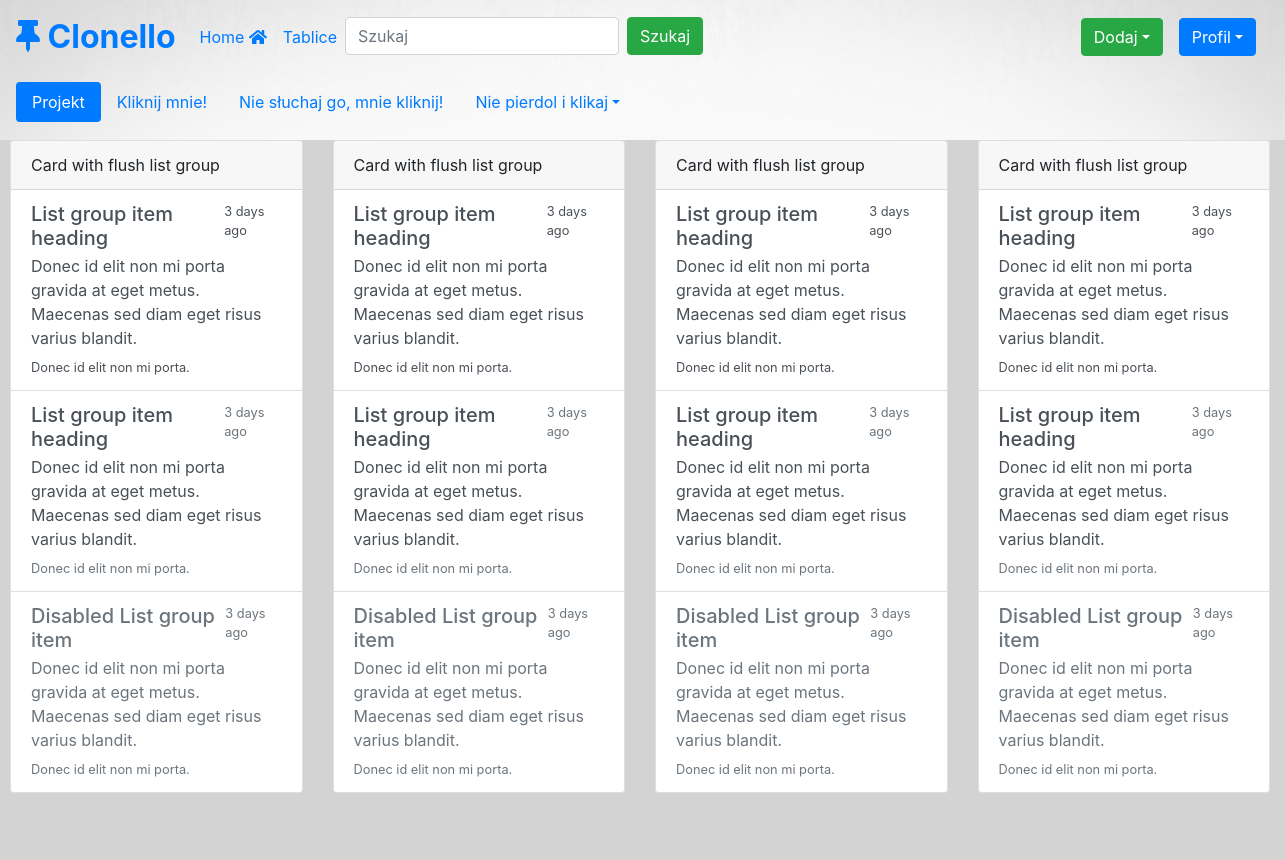
Repository: jnehlt/PAW-lab
Page: / (app in Frontend/clonello/)
The author's editor kept a copy of each file at every save. The page is drawn from the files as they stood at one save, then again after the next save.
The browser window is 1280 px wide. The page is 1285 px wide, so the pictures cover 1285 px, including what lies to the right of the window. The pictures show the whole page.
The project was rebuilt for these pictures with package versions that can differ from the ones it lists, and the page was loaded fresh each time.

Above is the page before, as saved 2020-04-24 23:45:46.

### Frontend/clonello/src/main.js
import "@babel/polyfill";
import "mutationobserver-shim";
import Vue from "vue";
import "./plugins/bootstrap-vue";
import App from "./App.vue";
import router from "./router";
import "@fortawesome/fontawesome-free/css/all.css";
import "@fortawesome/fontawesome-free/js/all.js";

Vue.config.productionTip = false;

new Vue({
  router,
  render: h => h(App)
}).$mount("#app");

### Frontend/clonello/src/App.vue
<template>
  <div id="app">
    <topheader></topheader>
    <projectheader></projectheader>

    <div class="row">
        <maincard></maincard>
        <maincard></maincard>
        <maincard></maincard>
        <maincard></maincard>
        <maincard></maincard>
        <maincard></maincard>
        <maincard></maincard>
        <maincard></maincard>
    </div>
    <router-view />
  </div>
</template>

<script>
import TopHeader from "@/components/TopHeader.vue";
import ProjectHeader from "@/components/ProjectHeader.vue";
import MainCard from "@/components/MainCard.vue";

export default {
  components: {
    "topheader": TopHeader,
    "projectheader": ProjectHeader,
    "maincard": MainCard
  }
};
</script>

<style lang="scss">

body {
    background-image: url("../src/assets/running-track-sn-3000x2001.jpg");
    background-size: cover;
    background-position: center;
}

.dropdown-header {
    font-size: larger;
    font-weight: bolder;
}

html, body {
    height: 100%;
}

.list-head {
    font-weight: bolder;
    text-transform: uppercase;
}

.row {
  display: flex;
  flex-wrap: nowrap;
  overflow-x: auto;
  margin-left: -5px;
  margin-right: -5px;
  margin-top: 10px;
  height: 100vh;
}

::-webkit-scrollbar {
  height: 4px;              /* height of horizontal scrollbar ← You're missing this */
  width: 4px;               /* width of vertical scrollbar */
  border: 1px solid #d5d5d5;
  margin-left: -5px;
  margin-right: -5px;
}


</style>

### Frontend/clonello/src/components/TopHeader.vue
<template>
  <div>
    <nav class="navbar navbar-expand-lg">
      <a class="navbar-brand" href="#"><i class="fas fa-thumbtack"></i> Clonello</a>
      <button class="navbar-toggler navbar-dark" type="button" data-toggle="collapse" data-target="#navbarNav" aria-controls="navbarNav" aria-expanded="false" aria-label="Toggle navigation">
          <span class="navbar-toggler-icon"></span>
      </button>
      <div class="collapse navbar-collapse" id="navbarNav">
        <ul class="navbar-nav mr-auto">
          <li class="nav-item">
            <a class="nav-link" href="#">Home <i class="fas fa-home"></i></a>
          </li>
          <li class="nav-item">
            <a class="nav-link" href="#">Tablice</a>
          </li>
          <li class="nav-item">
            <form class="form-inline my-2 my-lg-0">
              <input class="form-control mr-sm-2" type="search" placeholder="Szukaj" aria-label="Search">
              <button class="btn btn-success my-2 my-sm-0" type="submit">Szukaj</button>
            </form>
          </li>
        </ul>
        <ul class="navbar-right navbar-nav">
          <li>
            <b-dropdown id="dropdown-right" right text="Dodaj" variant="success" class="m-2">
              <b-dropdown-item href="#">Coś</b-dropdown-item>
              <b-dropdown-item href="#">Coś innego</b-dropdown-item>
              <b-dropdown-item href="#">Dobra, spierdalaj!</b-dropdown-item>
            </b-dropdown>
            <b-dropdown id="dropdown-right" right text="Profil" variant="primary" class="m-2">
              <b-dropdown-item href="#">Ustawienia</b-dropdown-item>
              <b-dropdown-item href="#">Wyloguj</b-dropdown-item>
            </b-dropdown>
          </li>
        </ul>
      </div>
    </nav>
  </div>
  <!-- class="btn btn-success" type="button" data-toggle="collapse" data-target="#collapseAdd" aria-expanded="false" aria-controls="collapseAdd">Dodaj <i class="fas fa-plus"></i>
            </button> -->
</template>

<script>



export default {

};
</script>

<!-- Add "scoped" attribute to limit CSS to this component only -->
<style scoped lang="scss">
.navbar-brand {
    font-weight: bolder;
    font-size: 2em;
}

.navbar {
    background-color: transparent;
}

.navbar-toggler {
    background-color: #4e555b;
}

</style>

### Frontend/clonello/src/components/ProjectHeader.vue
<template>
  <div>
      <div class="navbar navbar-expand-lg">
      <ul class="nav nav-pills nav-fill">
        <li class="nav-item">
          <a class="nav-link active" href="#">Projekt</a>
        </li>
        <li class="nav-item">
          <a class="nav-link" href="#">Kliknij mnie!</a>
        </li>
        <li class="nav-item">
          <a class="nav-link" href="#">Nie słuchaj go, mnie kliknij!</a>
        </li>
        <li class="nav-item dropdown">
          <b-nav-item-dropdown text="Nie pierdol i klikaj" right>
            <b-dropdown-item href="#">Wkurwia</b-dropdown-item>
            <b-dropdown-item href="#">Mnie</b-dropdown-item>
            <b-dropdown-item href="#">Ta</b-dropdown-item>
            <b-dropdown-item href="#">Uczelnia</b-dropdown-item>
          </b-nav-item-dropdown>
        </li>
      </ul>
    </div>
  </div>
</template>

<script>
export default {

}
</script>

<style>
.navbar-brand {
    font-weight: bolder;
    font-size: 2em;
}

.navbar {
    background-color: transparent;
}

.navbar-toggler {
    background-color: #4e555b;
}

</style>

### Frontend/clonello/src/components/MainCard.vue
<template>
        <div id="duties-card" class="col-3 col-md-3 col-sm-3">
            <b-card no-body header="Card with flush list group">
                <b-list-group flush="">
                    <b-list-group-item href="#" class="flex-column align-items-start">
                        <div class="d-flex w-100 justify-content-between">
                        <h5 class="mb-1">List group item heading</h5>
                        <small>3 days ago</small>
                        </div>

                        <p class="mb-1">
                        Donec id elit non mi porta gravida at eget metus. Maecenas sed diam eget risus varius blandit.
                        </p>

                        <small>Donec id elit non mi porta.</small>
                    </b-list-group-item>

                    <b-list-group-item href="#" class="flex-column align-items-start">
                        <div class="d-flex w-100 justify-content-between">
                        <h5 class="mb-1">List group item heading</h5>
                        <small class="text-muted">3 days ago</small>
                        </div>

                        <p class="mb-1">
                        Donec id elit non mi porta gravida at eget metus. Maecenas sed diam eget risus varius blandit.
                        </p>

                        <small class="text-muted">Donec id elit non mi porta.</small>
                    </b-list-group-item>

                    <b-list-group-item href="#" disabled class="flex-column align-items-start">
                        <div class="d-flex w-100 justify-content-between">
                        <h5 class="mb-1">Disabled List group item</h5>
                        <small class="text-muted">3 days ago</small>
                        </div>

                        <p class="mb-1">
                        Donec id elit non mi porta gravida at eget metus. Maecenas sed diam eget risus varius blandit.
                        </p>

                        <small class="text-muted">Donec id elit non mi porta.</small>
                    </b-list-group-item>
                </b-list-group>
            </b-card>
        </div>
</template>

<script>
export default {

}
</script>

<style>
#duties-card {
    background-color: lightgray;
}

</style>

### Frontend/clonello/src/views/Home.vue
<template>
  <div class="home"></div>
</template>

<script>
// @ is an alias to /src
export default {
  name: "Home",
  components: {}
};
</script>

Loaded but not shown: Frontend/clonello/public/index.html (common file); Frontend/clonello/src/plugins/bootstrap-vue.js (common file); Frontend/clonello/src/router/index.js (common file)

After the next save:
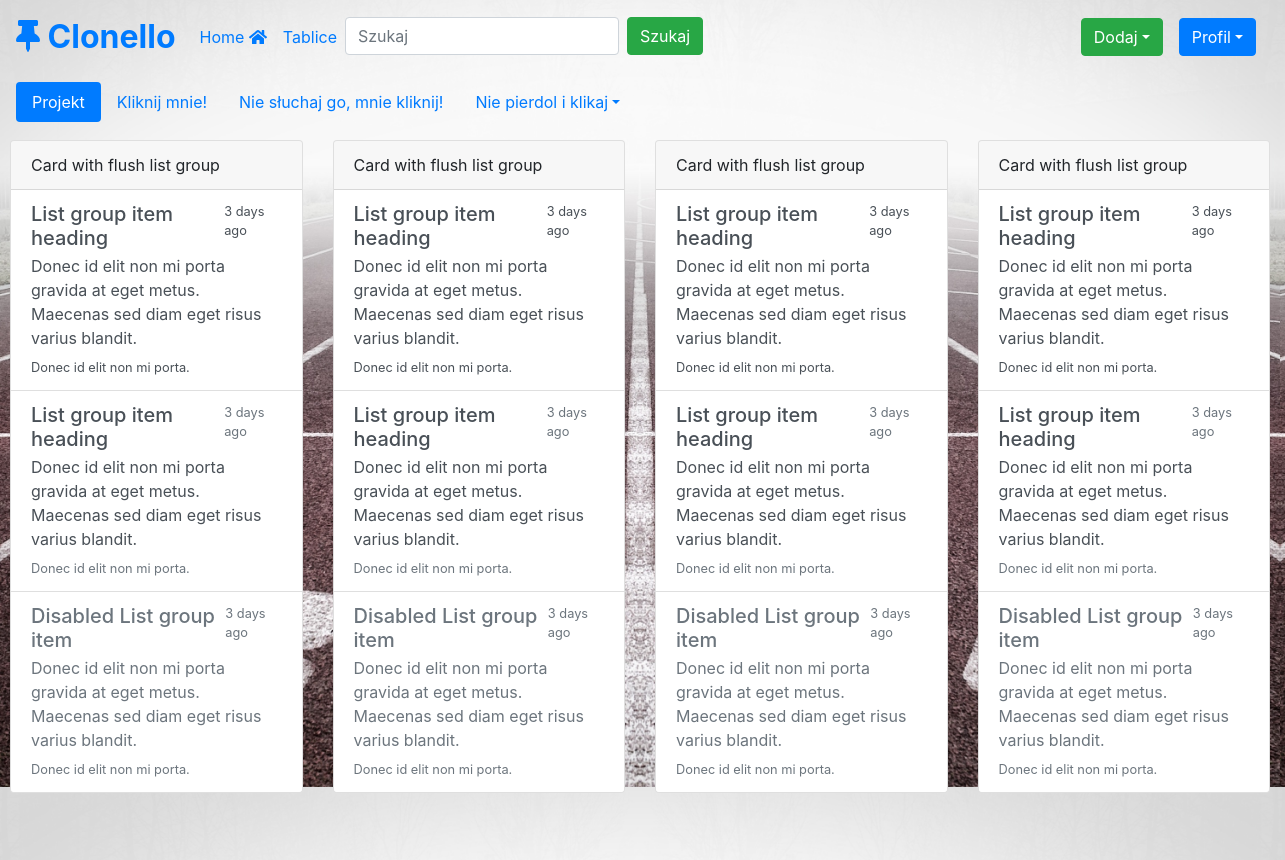
Saved 18 s later.
--- a/Frontend/clonello/src/components/MainCard.vue
+++ b/Frontend/clonello/src/components/MainCard.vue
@@ -1,5 +1,5 @@
 <template>
-        <div id="duties-card" class="col-3 col-md-3 col-sm-3">
+        <div class="col-3 col-md-3 col-sm-3">
             <b-card no-body header="Card with flush list group">
                 <b-list-group flush="">
                     <b-list-group-item href="#" class="flex-column align-items-start">
